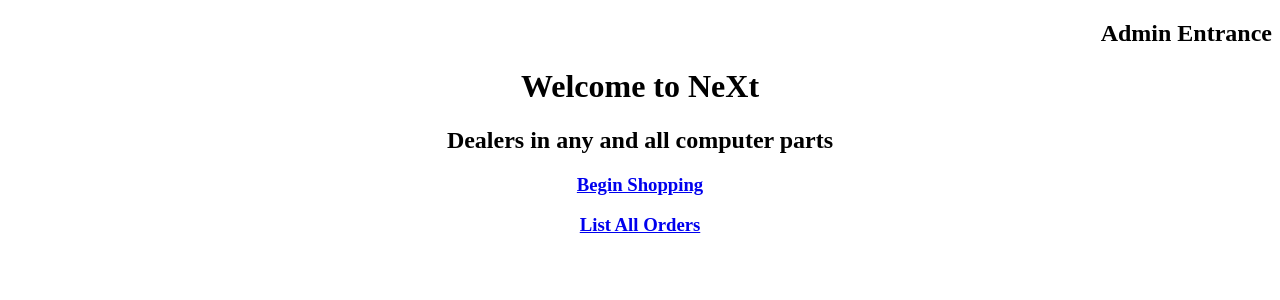
Repository: rstevenson6/304Project
Page: GroupProject/WebContent/shop.html
An editor plug-in stored every save of this project. The page is shown before and after the next save, followed by the edit.
The browser window is 1280 px wide. The pictures show the whole page.

Above is the page before, as saved 2016-11-27 07:04:08.

After the next save:
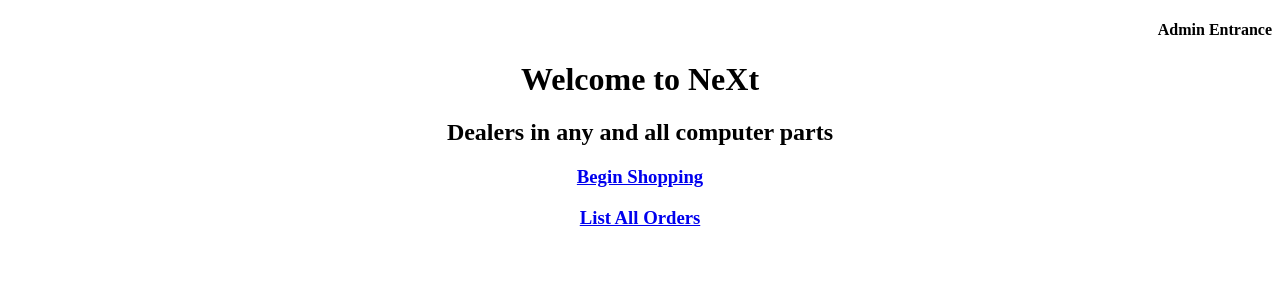
Saved 15 s later.
--- a/GroupProject/WebContent/shop.html
+++ b/GroupProject/WebContent/shop.html
@@ -4,7 +4,7 @@
         <title>NeXt Main page</title>
 </head>
 <body>
-<h2 align="right"><a href="Login.jsp"></a> Admin Entrance</h2>
+<h4 align="right"><a href="Login.jsp"></a> Admin Entrance</h2>
 <h1 align="center"> Welcome to NeXt </h1>
 
 <h2 align="center"> Dealers in any and all computer parts</h2>
